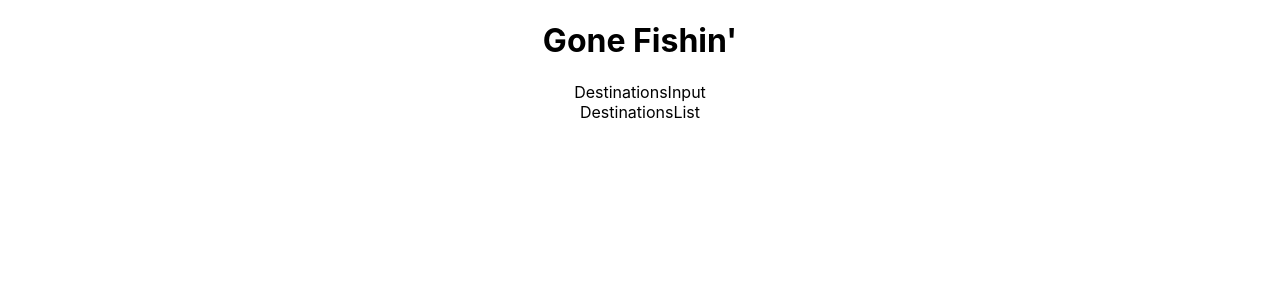
Repository: randysteele/gonefishin-frontend
Page: / (app in gone-fishin-frontend/)
An editor plug-in stored every save of this project. The page is shown before and after the next save, followed by the edit.
The browser window is 1280 px wide. The pictures show the whole page.
The page's requests for data from a server got no answer. The project was rebuilt for these pictures with package versions that can differ from the ones it lists, and the page was loaded fresh each time. No one was signed in, and anything a server would have sent is missing.

Above is the page before, as saved 2020-08-02 23:33:14.

### gone-fishin-frontend/public/index.html
<!DOCTYPE html>
<html lang="en">
  <head>
    <meta charset="utf-8" />
    <link rel="icon" href="%PUBLIC_URL%/favicon.ico" />
    <meta name="viewport" content="width=device-width, initial-scale=1" />
    <meta name="theme-color" content="#000000" />
    <meta
      name="description"
      content="Web site created using create-react-app"
    />
    <link rel="apple-touch-icon" href="%PUBLIC_URL%/logo192.png" />
    <!--
      manifest.json provides metadata used when your web app is installed on a
      user's mobile device or desktop. See https://developers.google.com/web/fundamentals/web-app-manifest/
    -->
    <link rel="manifest" href="%PUBLIC_URL%/manifest.json" />
    <!--
      Notice the use of %PUBLIC_URL% in the tags above.
      It will be replaced with the URL of the `public` folder during the build.
      Only files inside the `public` folder can be referenced from the HTML.

      Unlike "/favicon.ico" or "favicon.ico", "%PUBLIC_URL%/favicon.ico" will
      work correctly both with client-side routing and a non-root public URL.
      Learn how to configure a non-root public URL by running `npm run build`.
    -->
    <title>Gone Fishin</title>
  </head>
  <body>
    <noscript>You need to enable JavaScript to run this app.</noscript>
    <div id="root"></div>
    <!--
      This HTML file is a template.
      If you open it directly in the browser, you will see an empty page.

      You can add webfonts, meta tags, or analytics to this file.
      The build step will place the bundled scripts into the <body> tag.

      To begin the development, run `npm start` or `yarn start`.
      To create a production bundle, use `npm run build` or `yarn build`.
    -->
  </body>
</html>

### gone-fishin-frontend/src/index.js
import React from 'react';
import ReactDOM from 'react-dom';
import './index.css';
import App from './App';
import * as serviceWorker from './serviceWorker';
import { Provider } from 'react-redux';
import destination from './reducers/destinations'
import thunk from 'redux-thunk'
import { createStore, applyMiddleware, compose, combineReducers } from 'redux'


const composeEnhancer = window.__REDUX_DEVTOOLS_EXTENSION_COMPOSE__ || compose;

const store = createStore(destination, composeEnhancer(applyMiddleware(thunk)))

ReactDOM.render(
<Provider store={store}>
<App />
</Provider>
,
document.getElementById('root')
);

// If you want your app to work offline and load faster, you can change
// unregister() to register() below. Note this comes with some pitfalls.
// Learn more about service workers: https://bit.ly/CRA-PWA
serviceWorker.unregister();

### gone-fishin-frontend/src/App.js
import React from 'react';
import './App.css';
import {connect} from 'react-redux'
import DestinationsContainer from './containers/DestinationsContainer'
//import {fetchDestinations} from './actions/fetchDestinations'



class App extends React.Component {


  render(){
    return(
      <div className="App" >
        <h1>Gone Fishin'</h1>
      <DestinationsContainer />

      </div>
    )
  }
}

export default connect()(App)

### gone-fishin-frontend/src/reducers/destinations.js

export default function destination(state = {destinations: []}, action) {

    switch(action.type){
    case 'FETCH_DESTINATIONS':
    return {destinations: action.payload}

    default:
    return state
    }
}

### gone-fishin-frontend/src/containers/DestinationsContainer.js
// a container should render other components and pass them data if needed
// they are typically class components
import React from 'react'
import {connect} from 'react-redux'
import DestinationsInput from '../components/DestinationsInput'
import DestinationsList from  '../components/DestinationsList'
import {fetchDestinations} from '../actions/fetchDestinations'


class DestinationsContainer extends React.Component {

    componentDidMount(){
        this.props.fetchDestinations()
    }

    render(){

    return (
        <div>
            <DestinationsInput />
            <DestinationsList destinations={this.props.destinations}/>
        </div>
    )
    }
}
const mapStateToProps = state => {
    return {
        destinations: state.destinations
    }
}
export default connect(mapStateToProps, {fetchDestinations})(DestinationsContainer);

### gone-fishin-frontend/src/components/DestinationsInput.js
import React from 'react'
import {connect} from 'react-redux'


class DestinationsInput extends React.Component {

    render() {
        return (
            <div>
                DestinationsInput
            </div>
        )
    }
}

export default connect()(DestinationsInput)

### gone-fishin-frontend/src/components/DestinationsList.js
import React from 'react'

const DestinationsList = (props) => {
    return (
        <div>
            DestinationsList
        </div>
    )
}



export default DestinationsList

### gone-fishin-frontend/src/actions/fetchDestinations.js


export function fetchDestinations() {
  return (dispatch) => {
  fetch("http://localhost:3000/api/v1/destinations/")
    .then(response => response.json())
    .then(destination => dispatch({
      type: 'FETCH_DESTINATIONS',
       payload: destination
    }))
  }
}

Loaded but not shown: gone-fishin-frontend/src/index.css (common file); gone-fishin-frontend/src/serviceWorker.js (common file); gone-fishin-frontend/src/App.css (common file)

After the next save:
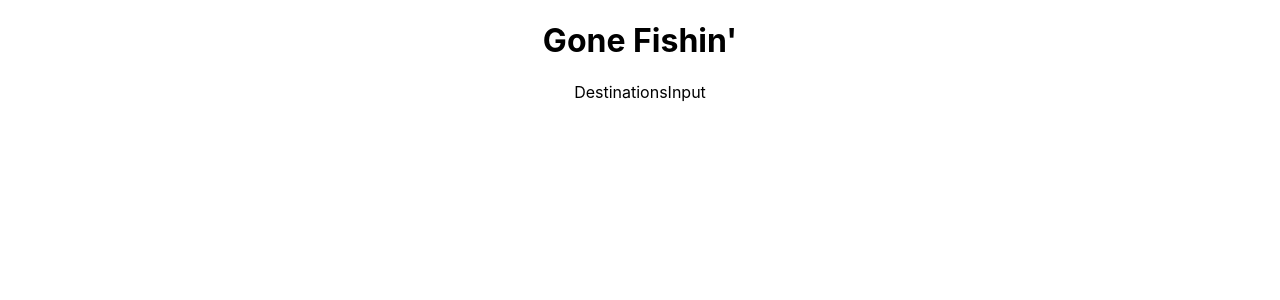
Saved 7 min 26 s later.
--- a/gone-fishin-frontend/src/components/DestinationsList.js
+++ b/gone-fishin-frontend/src/components/DestinationsList.js
@@ -3,7 +3,7 @@ import React from 'react'
 const DestinationsList = (props) => {
     return (
         <div>
-            DestinationsList
+            {props.destinations.map(dest => <li>{dest.name} - {dest.city} - {dest.state} - {dest.description}</li>)}
         </div>
     )
 }
